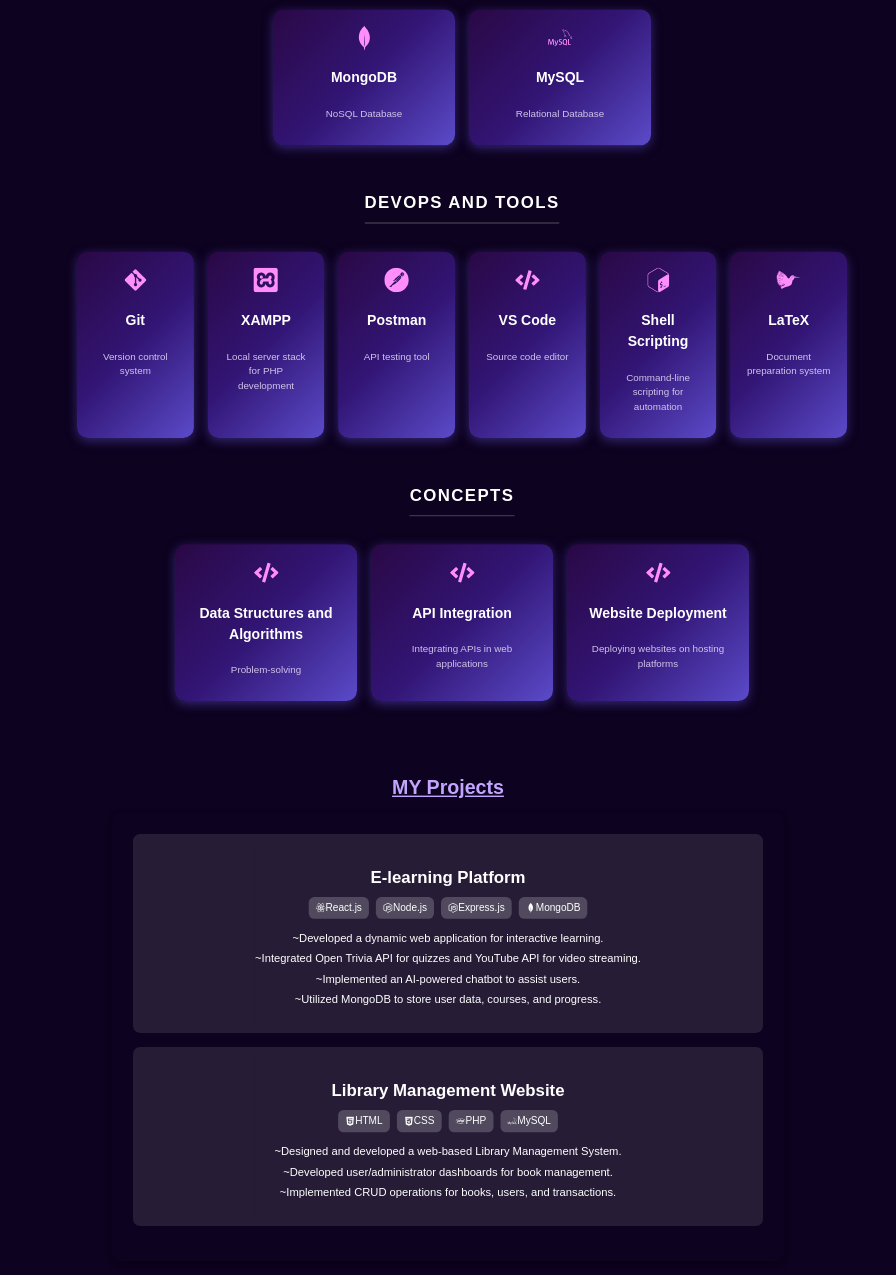
Repository: harshitap1305/Portfolio
Page: /
These files come from the project's save history. The page is drawn as it stood at one moment and after the next save; the edit follows.
The browser window is 1280 px wide. The pictures show the part of the page from y = 2041 to 3961 px (the page is 3863 px tall before and 3961 px after), at 70% of full size.
The project was rebuilt for these pictures with package versions that can differ from the ones it lists, and the page was loaded fresh each time. Also part of the build but not shown: vite.config.js.

Above is the page before, as saved 2025-03-27 21:54:31.

After the next save:
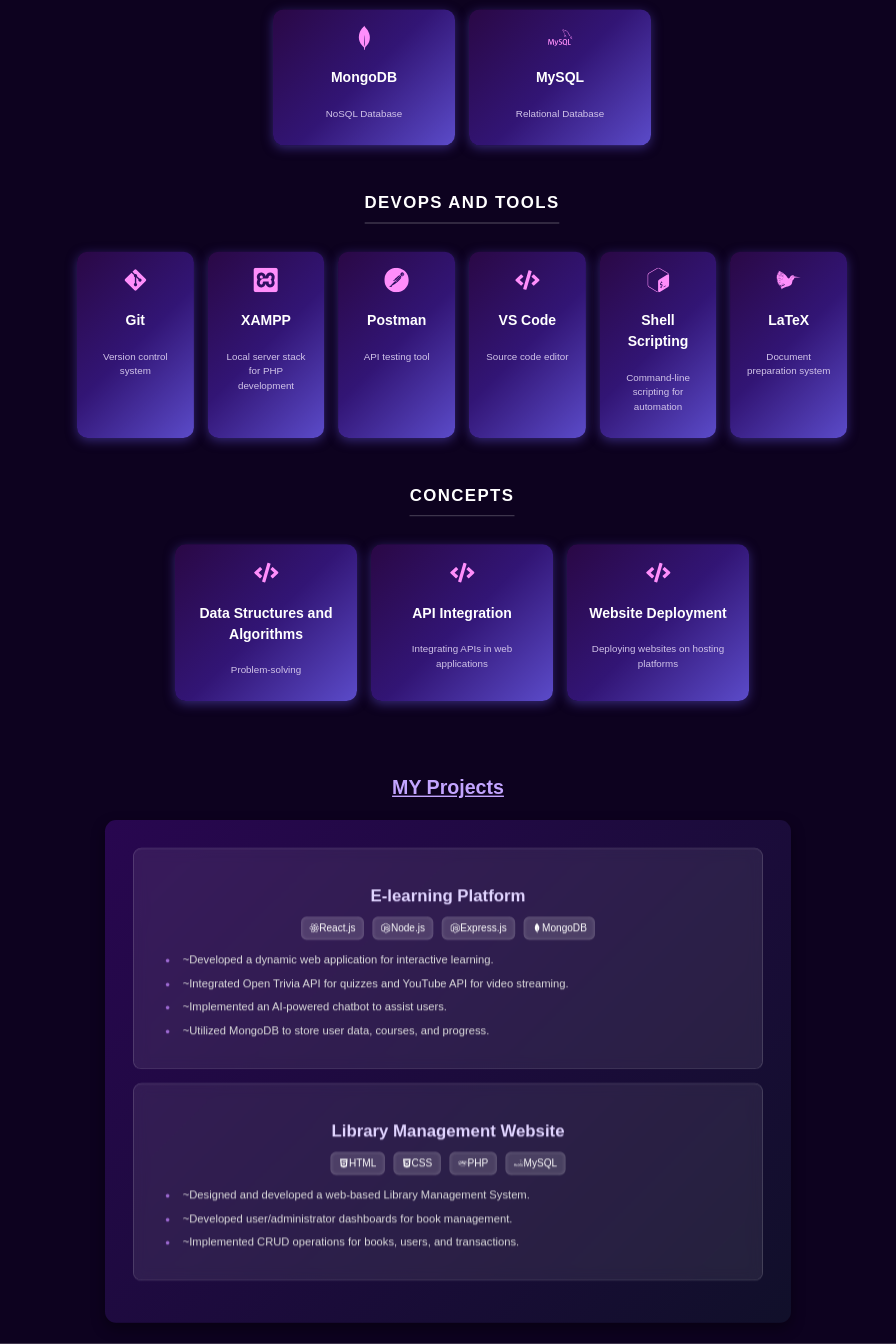
Saved 76 s later.
--- a/src/Projects.css
+++ b/src/Projects.css
@@ -1,61 +1,85 @@
 .projects-container {
-    padding: 30px;
-
-    border-radius: 12px;
+    padding: 40px;
+    border-radius: 16px;
     color: white;
-    margin: 20px auto;
+    margin: 30px auto;
     max-width: 900px;
-    box-shadow: 0 4px 10px rgba(0, 0, 0, 0.3);
+    background: linear-gradient(135deg, rgba(43, 7, 85, 0.9), rgba(17, 17, 43, 0.9));
+    box-shadow: 0px 8px 20px rgba(0, 0, 0, 0.4);
   }
 
   .section-title {
     font-size: 2rem;
     font-weight: bold;
     text-align: center;
-    margin-bottom: 20px;
+    margin-bottom: 25px;
+    text-transform: uppercase;
+    letter-spacing: 2px;
+    color: #d4c3ff;
   }
 
   .project-box {
-    background: rgba(255, 255, 255, 0.1);
-    border-radius: 10px;
-    padding: 20px;
+    background: rgba(255, 255, 255, 0.08);
+    border-radius: 12px;
+    padding: 25px;
     margin-bottom: 20px;
-    transition: transform 0.3s ease-in-out;
+    transition: transform 0.3s ease-in-out, box-shadow 0.3s ease-in-out;
+    backdrop-filter: blur(10px);
+    border: 1px solid rgba(255, 255, 255, 0.2);
   }
 
   .project-box:hover {
-    transform: translateY(-5px);
+    transform: translateY(-6px);
+    box-shadow: 0px 10px 25px rgba(0, 0, 0, 0.5);
   }
 
   .project-title {
     font-size: 1.5rem;
     font-weight: bold;
-    margin-bottom: 10px;
+    margin-bottom: 12px;
+    color: #e0d4ff;
+    text-align: center;
   }
 
   .tech-stack {
     display: flex;
     flex-wrap: wrap;
-    gap: 10px;
-    margin-bottom: 10px;
+    gap: 12px;
+    margin-bottom: 15px;
     justify-content: center;
   }
 
   .tech {
     display: flex;
     align-items: center;
-    background: rgba(255, 255, 255, 0.2);
-    padding: 5px 10px;
+    background: rgba(255, 255, 255, 0.15);
+    padding: 6px 12px;
     border-radius: 8px;
     font-size: 0.9rem;
+    color: white;
+    font-weight: 500;
+    box-shadow: inset 0 0 6px rgba(255, 255, 255, 0.2);
   }
 
   .project-description {
     list-style: none;
-    padding: 0;
+    padding-left: 20px;
     font-size: 1rem;
+    line-height: 1.6;
+    text-align: left;
   }
 
   .project-description li {
-    margin-bottom: 5px;
+    margin-bottom: 8px;
+    position: relative;
+    padding-left: 25px;
+    color: #ddd;
   }
+
+  .project-description li::before {
+    content: "•";
+    position: absolute;
+    left: 0;
+    color: #a06cd5; /* Matches the theme */
+    font-size: 1.2rem;
+  }
